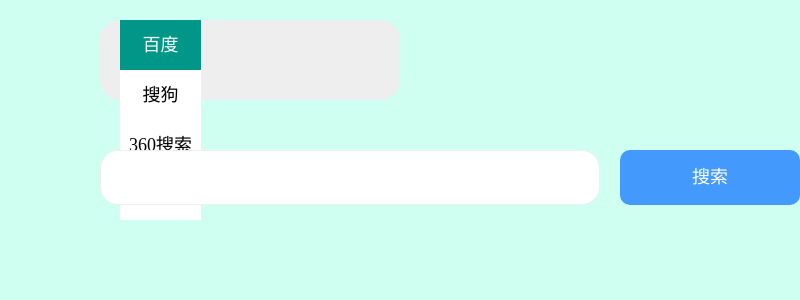
Repository: hellobz/duosousuoyinqing
Page: sousuo.html
An editor plug-in stored every save of this project. The page is shown before and after a run of saves, followed by the edit.
The browser window is 600 px wide. The page is 800 px wide, so the pictures cover 800 px, including what lies to the right of the window. The pictures show the whole page.
Some web libraries are served in a nearby version.

Above is the page before, as saved 2022-05-25 09:59:51.

### sousuo.html
<!DOCTYPE html>
<html lang="en">

<head>
    <meta charset="UTF-8">
    <meta http-equiv="X-UA-Compatible" content="IE=edge">
    <meta name="viewport" content="width=device-width, initial-scale=1.0">
    <title>小旋综合搜素引擎</title>
    <link rel="shortcut icon" href="./images/favicon.ico" type="image/x-icon">
    <link rel="stylesheet" href="./css/index.css">
</head>

<body>
    <div id="wrap">
        <ul class="list">
            <li class="list_item" @click="handleChangeList(item.id)" v-for="item in search" :key="item.id"
                class="list_item"
                :style="{'backgroundColor': (currentTab == item.id ? '#009688': '#fff'),'color': (currentTab == item.id ? '#fff' : '#000')}"
                v-cloak>{{item.name}}</li>
        </ul>
        <div class="wrap_content">
            <input v-model="iptvalue" class="ipt" type="text" id="ipt">
            <button @click="handleClick" class="btn">搜索</button>
        </div>
    </div>
    <script src="https://unpkg.com/vue@2.6.14/dist/vue.js"></script>
    <script src="https://unpkg.com/axios@0.24.0/dist/axios.min.js"></script>
    <script>
        const vm = new Vue({
            el: '#wrap',
            data: {
                iptvalue: '',
                currentTab: 1,
                search: [
                    {
                        id: 1,
                        name: '百度'
                    },
                    {
                        id: 2,
                        name: '搜狗'
                    },
                    {
                        id: 3,
                        name: '360搜索'
                    },
                    {
                        id: 4,
                        name: '必应搜索'
                    }
                ]

            },
            methods: {
                handleChangeList(id) {
                    this.currentTab = id;
                },

                handleClick() {
                    if (this.currentTab == 1) {
                        window.open("https://www.baidu.com/s?wd=" + this.iptvalue);
                    } else if (this.currentTab == 2) {
                        window.open('https://www.sogou.com/web?query=' + this.iptvalue);
                    } else if (this.currentTab == 3) {
                        window.open('https://www.so.com/s?ie=utf-8&fr=none&src=360sou_newhome&q=' + this.iptvalue);
                    } else if (this.currentTab == 4) {
                        window.open('https://cn.bing.com/search?q=' + this.iptvalue);
                    }
                    else {
                        alert('你是否选择上面的搜索引擎搜索');
                    }
                    // window.location.href ="https://www.baidu.com/s?wd="+this.iptvalue;

                    // axios.get(`https://www.baidu.com/s?wd=${this.iptvalue}`)
                    // .then((res)=>{
                    //     console.log(res);
                    //     window.location.href ="https://www.baidu.com/s?wd="+this.iptvalue;
                    // }).catch(()=>{

                    // })
                }
            }
        })
    </script>
</body>

</html>

### css/index.css
* {
    margin: 0;
    padding: 0;
}

body {
    /* background-color: #009688; */
    background-color: #cefff1;
    min-height: 730px;
}

[v-cloak] {
    display: none;
}

#wrap {
    margin: 20px auto;
    width: 700px;
}

#wrap ul.list {
    display: flex;
    align-items: center;
    margin-bottom: 50px;
    width:660px;
    height: 80px;
    padding-left: 20px;
    box-sizing: border-box;
    list-style: none;
    background-color: #eee;
    color: #333;
    font-size: 16px;
    border-radius: 20px;
}

#wrap li.list_item{
    margin-right: 4%;
    width:29%;
    height: 50px;
    text-align: center;
    line-height: 50px;
    font-size: 18px;
    cursor: pointer;
}

.wrap_content {
    display: flex;
    align-items: center;
    width: 700px;
}

.ipt {
    margin-right: 20px;
    width: 500px;
    height:55px;
    padding-left: 20px;
    box-sizing: border-box;
    border-radius: 18px;
    border: 1px solid #eee;
    font-size: 24px;
    outline: none;
}

.btn {
    width:180px;
    height: 55px;
    line-height: 55px;
    text-align:center;
    color: #fff;
    background-color: #4399FC;
    border-radius: 10px;
    font-size: 18px;
    outline: none;
    border: none;
}

@media (max-width: 720px) {
    #wrap {
        width: 400px;
    }
    #wrap ul.list {
        display: block;
        width: 300px;
    }
}

After the next 2 saves:
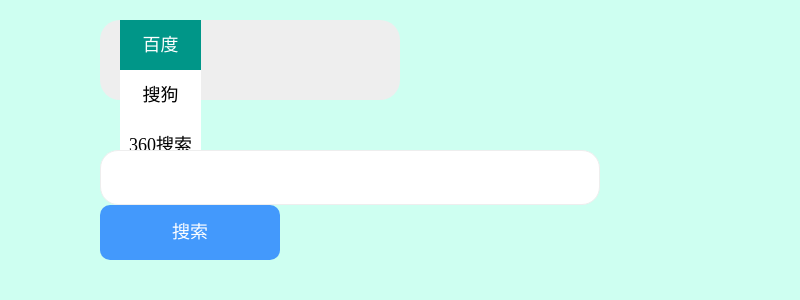
The 2 saves are shown as one change because they came seconds apart.
The last was saved 38 s later.
--- a/css/index.css
+++ b/css/index.css
@@ -82,4 +82,8 @@
         display: block;
         width: 300px;
     }
+
+    .wrap_content {
+        display: block;
+    }
 }
